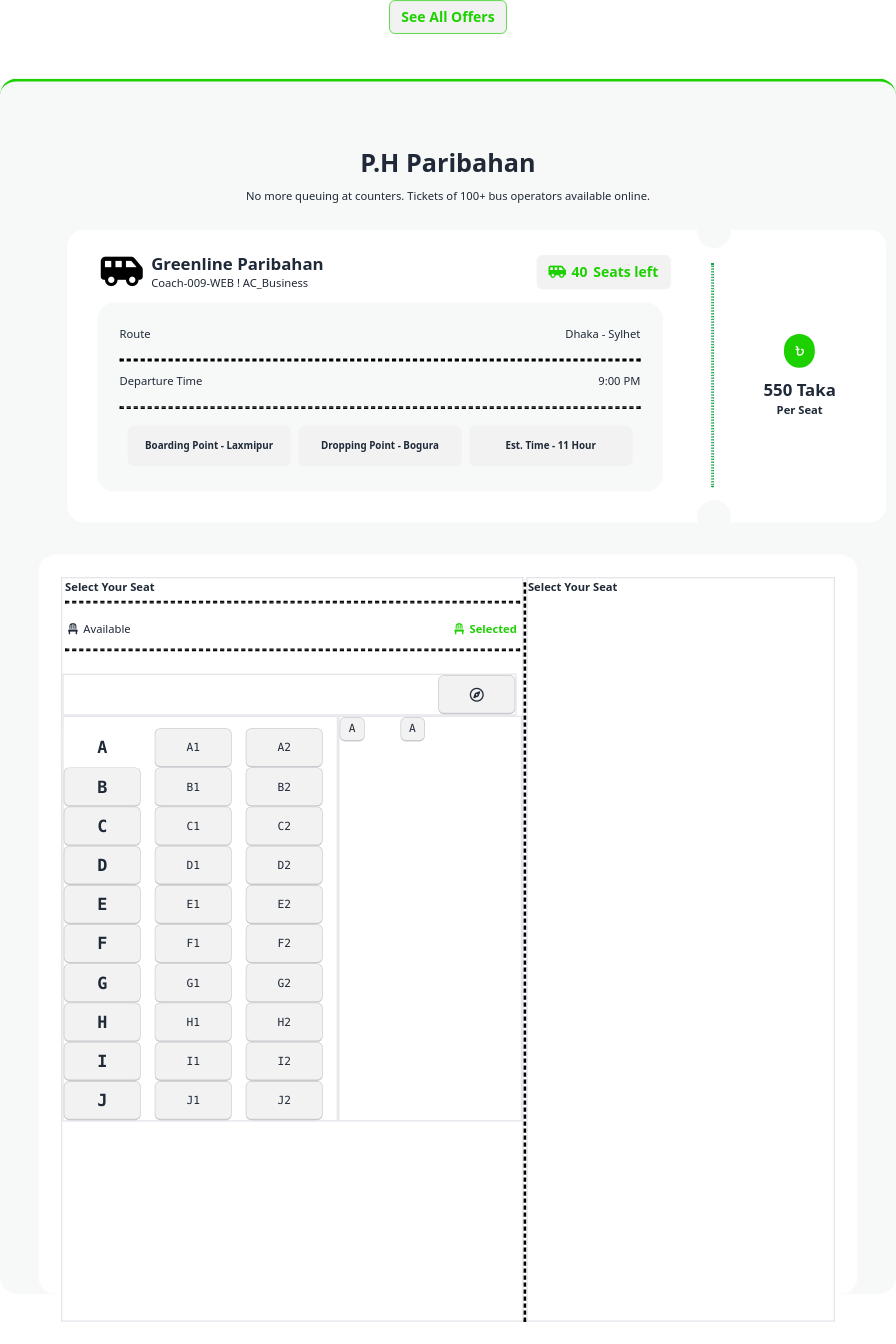
Repository: RudrasahaDibos/Smart-ticketing
Page: index.html
An editor plug-in stored every save of this project. The page is shown before and after the next save, followed by the edit.
The browser window is 1280 px wide. The pictures show the part of the page from y = 1206 to 3126 px (the page is 3126 px tall), at 70% of full size.
Some web fonts or font styles are not loaded; a fallback is used. Some web libraries are served in a nearby version.

Above is the page before, as saved 2024-11-10 13:35:10.

### index.html
<!DOCTYPE html>
<html lang="en">
  <head>
    <meta charset="UTF-8">
    <meta name="viewport" content="width=device-width, initial-scale=1.0">
    <title>Smart-ticketing</title>
    <!-- tailwind link -->
    <link href="https://cdn.jsdelivr.net/npm/daisyui@4.12.14/dist/full.min.css"
      rel="stylesheet" type="text/css" />
    <script src="https://cdn.tailwindcss.com"></script>
    <!-- font awesome link -->
    <link rel="stylesheet"
      href="https://cdnjs.cloudflare.com/ajax/libs/font-awesome/6.6.0/css/all.min.css"
      integrity="sha512-Kc323vGBEqzTmouAECnVceyQqyqdsSiqLQISBL29aUW4U/M7pSPA/gEUZQqv1cwx4OnYxTxve5UMg5GT6L4JJg=="
      crossorigin="anonymous" referrerpolicy="no-referrer" />

    <!-- google fonts  -->
    <link rel="preconnect" href="https://fonts.googleapis.com">
    <link rel="preconnect" href="https://fonts.gstatic.com" crossorigin>
    <link
      href="https://fonts.googleapis.com/css2?family=Anton+SC&family=Manrope:wght@200..800&family=Raleway:ital,wght@0,100..900;1,100..900&display=swap"
      rel="stylesheet">

    <style>
.raleway{
  font-family: "Raleway", sans-serif;
}
</style>

  </head>
  <body>
    <!-- header ends here -->
    <header class="container mx-auto lg:pl-24 lg:pr-24 lg:pt-4 w-[1400px]">
      <div>
        <!-- navbar starts here -->
        <div class="navbar bg-base-100">
          <div class="navbar-start">
            <div class="dropdown">
              <div tabindex="0" role="button" class="btn btn-ghost lg:hidden">
                <svg
                  xmlns="http://www.w3.org/2000/svg"
                  class="h-5 w-5"
                  fill="none"
                  viewBox="0 0 24 24"
                  stroke="currentColor">
                  <path
                    stroke-linecap="round"
                    stroke-linejoin="round"
                    stroke-width="2"
                    d="M4 6h16M4 12h8m-8 6h16" />
                </svg>
              </div>
              <ul
                tabindex="0"
                class="menu menu-sm dropdown-content bg-base-100 rounded-box z-[1] mt-3 w-52 p-2 shadow">
                <li><a>Home</a></li>
                <li><a>About</a></li>
                <li><a>Destination</a></li>
                <li><a>Search</a></li>
              </ul>
            </div>
            <a class="btn btn-ghost text-2xl font-extrabold">E-Ticket</a>
          </div>
          <div class="navbar-center hidden lg:flex">
            <ul class="menu menu-horizontal px-1">
              <li><a>Home</a></li>
              <li><a>About</a></li>
              <li><a>Destination</a></li>
              <li><a>Search</a></li>
            </ul>
          </div>
          <div class="navbar-end">
            <a class="btn text-[#1DD100]  border-1  text-xl">Bus <i
                class="fa-solid fa-van-shuttle"></i></a>
          </div>
        </div>
      </div>

      <!-- banner start here -->

      <div
        class="hero h-[550px] mt-8 bg-[url('/images/banner.png')] rounded-3xl relative">

        <div class="hero-content text-neutral-content text-center">
          <div class>
            <h1 class="mb-5 text-5xl font-extrabold">End-to-End Travel with <br>
              <span class="text-5xl text-[#1DD100]  font-extrabold">P
                Paribahan</span></h1>
            <p class="mb-5">
              A one-stop solution for your travel needs

              Introducing you to the Shohoz way of life
            </p>
            <button class="btn bg-[#1DD100] border-none">Buy Tickets</button>
          </div>
        </div>
      </div>

      <!-- banner end here -->

      <!-- 3 card start here  -->

      <div
        class=" flex justify-between items-center gap-4 pl-16 pr-16 absolute -bottom-4   ">
        <div
          class="stat flex bg-white justify-center items-center shadow-xl  border-b-4 border-b-[#1DD100]  rounded-2xl w-[338px] h-[138px]">
          <div class="text-[#1DD100] text-2xl font-extrabold ">
            <i class="fa-solid fa-users"></i>
          </div>

          <div>
            <div class="stat-value">500K+</div>
            <div class="stat-desc text-xl ">Registered users</div>
          </div>

        </div>

        <div
          class="stat flex bg-white justify-center items-center  border-b-4 border-b-[#1DD100] shadow-xl  rounded-2xl w-[338px] h-[138px]">
          <div class="text-[#1DD100] text-2xl font-extrabold ">
            <i class="fa-solid fa-ticket  "></i>

          </div>

          <div>
            <div class="stat-value">1.7 lacks</div>
            <div class="stat-desc text-xl ">Tickets sold</div>
          </div>

        </div>

        <div
          class="stat flex bg-white justify-center items-center  border-b-4 border-b-[#1DD100] shadow-xl  rounded-2xl w-[338px] h-[138px]">
          <div class="text-[#1DD100] text-2xl font-extrabold ">
            <i class="fa-solid fa-van-shuttle"></i>

          </div>

          <div>
            <div class="stat-value">80K+</div>
            <div class="stat-desc text-xl ">Rental partners</div>
          </div>

        </div>
      </div>

      <!-- 3 card ends here -->

      <!-- navbar Ends here -->
    </header>
    <!-- header ends here -->

    <!-- main start here -->
    <main class>
      <!-- Best offers for you start here -->
      <section
        class="mt-40 container mx-auto  lg:pl-24 lg:pr-24 lg:pt-4 w-[1400px]">
        <h1 class="text-4xl font-semibold text-center">Best offers for you</h1>
        <!-- two card start here -->
        <div class="flex  flex-col lg:flex-row gap-4 mt-10">
          <div class="bg-yellow-500  w-[573px] h-[220px]  rounded-2xl">

            <div>

              <div class=" w-[50%] mt-14 ml-14">
                <h1 class="text-4xl font-extrabold">15% OFF</h1>
                <p class="text-xl font-bold">on your next purchase</p>
                <p class="text-xl font-bold">use by January 2024</p>
              </div>

              <div class=" w-1/4 -mt-20 ml-auto mr-14  text-center">
                <h1 class="text-4xl font-extrabold">NEW15</h1>
                <p class="text-xl font-bold">Coupon Code</p>

              </div>
            </div>
            <p
              class="bg-white w-[48px] h-[48px] absolute mx-auto rounded-full ml-80 -mt-40  "></p>
            <p
              class="bg-white w-[48px] h-[48px] absolute mx-auto rounded-full ml-80 mt-[55px]  "></p>
            <p
              class="border-2 border-dotted border-white relative w-0 h-32 -mt-[95px] ml-[343px]  "></p>

          </div>
          <div class="bg-pink-400   w-[573px] h-[220px] rounded-2xl">
            <div>

              <div class=" w-[50%] mt-14 ml-14">
                <h1 class="text-4xl font-extrabold">20% OFF</h1>
                <p class="text-xl font-bold">on your next purchase</p>
                <p class="text-xl font-bold">use by January 2024</p>
              </div>

              <div class="  w-2/4 -mt-20 ml-[300px] mr-14  text-center">
                <h1 class="text-4xl font-extrabold">Couple 20</h1>
                <p class="text-xl font-bold">Coupon Code</p>

              </div>
            </div>
            <p
              class="bg-white w-[48px] h-[48px] absolute mx-auto rounded-full ml-80 -mt-40  "></p>
            <p
              class="bg-white w-[48px] h-[48px] absolute mx-auto rounded-full ml-80 mt-[55px]  "></p>
            <p
              class="border-2 border-dotted border-white relative w-0 h-32 -mt-[95px] ml-[343px]  "></p>
          </div>
        </div>
        <div class=" text-center mt-16">
          <a class="btn text-[#1DD100]  border-1 border-[#1DD100] text-xl">See
            All Offers
          </a>
        </div>
        <!-- two card end here -->
      </section>

      <!-- Best offers for you ends here -->
      <!-- tickeing process start here -->
      <section
        class="bg-[#F7F8F8] w-full min-h-screen rounded-3xl mt-16 border-t-4 border-t-[#1DD100]">

        <div class="container mx-auto  lg:pl-24 lg:pr-24 lg:pt-4 w-[1400px]">
          <h1 class="text-4xl font-semibold text-center mt-20">P.H Paribahan
          </h1>
          <p class=" text-center w-[736px] h-[60px] mx-auto mt-4">No more
            queuing at counters. Tickets of 100+ bus operators available online.
          </p>
          <!-- Greenline Paribahan  start here-->

          <div
            class="bg-[#FFFFFF] w-[1170px] h-[418px] rounded-3xl  container mx-auto p-8 flex justify-between ">
            <div class=" w-3/4">
              <!-- Coach-009-WEB ! AC_Business start here -->
              <div class="flex justify-between ">

                <div class="flex justify-center items-center gap-3 ml-4 ">
                  <div class="text-5xl text-black  ">
                    <i class="fa-solid fa-van-shuttle "></i>
                  </div>
                  <div>
                    <h1 class="text-2xl font-bold">Greenline Paribahan</h1>
                    <p>Coach-009-WEB ! AC_Business</p>
                  </div>
                </div>

                <div class="flex felx-col justify-end mt-1">
                  <a class="btn text-[#1DD100]  border-1  text-xl"> <i
                      class="fa-solid fa-van-shuttle"></i> <span>40</span> Seats
                    left </a>
                </div>
              </div>
              <!-- Coach-009-WEB ! AC_Business end here -->

              <!-- Dhaka - Sylhet starts here -->
              <div
                class="bg-[#F7F8F8] w-[808px] h-[270px] mt-4 mx-auto rounded-3xl">

                <div class>
                  <div class="flex justify-between p-4 ">
                    <h1 class="ml-4 mt-4">Route</h1>
                    <h1 class="mr-4 mt-4">Dhaka - Sylhet</h1>
                  </div>

                  <div
                    class="border-dashed border-black border-2 mt-2  w-[744px] mx-auto h-0"></div>

                  <div class="flex justify-between p-4 ">
                    <h1 class="ml-4">Departure Time</h1>
                    <h1 class="mr-4">9:00 PM</h1>
                  </div>
                  <div
                    class="border-dashed border-black border-2 mt-2  w-[744px] mx-auto h-0"></div>

                  <div class="mt-2 p-4 flex justify-center items-center gap-3">
                    <button class="btn   w-[232px] h-[56px]">Boarding Point -
                      Laxmipur</button>
                    <button class="btn  w-[232px] h-[56px]">Dropping Point -
                      Bogura</button>
                    <button class="btn  w-[232px] h-[56px]">Est. Time - 11
                      Hour</button>
                  </div>
                </div>
              </div>
              <!-- Dhaka - Sylhet end here -->

            </div>

            <div
              class=" text-center flex flex-col justify-center items-center mr-10">
              <i
                class="fa-solid fa-bangladeshi-taka-sign bg-[#1DD100] rounded-full  p-4 text-white "></i>
              <h1 class="text-2xl font-semibold mt-4"><span>550</span> Taka</h1>
              <p class="font-bold">Per Seat</p>
            </div>

          </div>
          <p
            class="bg-[#F7F8F8] w-[48px] h-[48px] absolute mx-auto rounded-full ml-[900px] -mt-[440px]  "></p>
          <p
            class="bg-[#F7F8F8] w-[48px] h-[48px] absolute mx-auto rounded-full ml-[900px] -mt-8  "></p>
          <p
            class="border-2 border-dotted border-green-600 relative w-0 h-80 -mt-[370px] ml-[920px]  "></p>

          <!-- Greenline Paribahan  ends here-->
        </div>

        <!-- Select Your Seat star here  -->
        <div
          class="bg-[#FFFFFF] w-[1170px] h-[1056px] rounded-3xl mt-24 container mx-auto  ">

          <div class="flex justify-between p-8">
            <div class="w-3/5 border-2">
              <p class="font-semibold ml-1">Select Your Seat</p>
              <div
                class="border-dashed border-black border-2 mt-2  w-[650px] mx-auto h-0"></div>
              <!-- seat available start here -->
              <div class="flex justify-between mt-4">

                <div class="flex gap-2 justify-center items-center p-2 ">
                  <i class="fa-solid fa-chair"></i>
                  <p>Available</p>
                </div>
                <div
                  class="flex gap-2 justify-center items-center p-2 text-[#1DD100] ">
                  <i class="fa-solid fa-chair font-bold"></i>
                  <p class="font-bold">Selected</p>
                </div>

              </div>
              <!-- seat available ends here -->
              <div
                class="border-dashed border-black border-2 mt-2  w-[650px] mx-auto h-0"></div>
                <!-- seat planing start here -->
               <div class="mt-8">
                    <div class="text-end border-2 mr-2">
                      <kbd class="kbd  h-[56px] w-[110px] text-center mx-auto "><i class="fa-regular fa-compass text-xl"></i></kbd>
                    </div>
                    <!-- seat  start here-->
                     <div class="flex  justify-between">
                          <!-- seat is with door start -->
                          <div class="grid grid-cols-3 border-2 w-3/5">
                                  <div class="mx-auto mt-4">
                                    <kbd class="kbd  w-[110px] h-[56px] bg-[#ffffff] border-none font-bold text-2xl">A</kbd>
                                    <kbd class="kbd  w-[110px] h-[56px]  font-bold text-2xl">B</kbd>
                                    <kbd class="kbd  w-[110px] h-[56px]  font-bold text-2xl">C</kbd>
                                    <kbd class="kbd  w-[110px] h-[56px]  font-bold text-2xl">D</kbd>
                                    <kbd class="kbd  w-[110px] h-[56px]  font-bold text-2xl">E</kbd>
                                    <kbd class="kbd  w-[110px] h-[56px]  font-bold text-2xl">F</kbd>
                                    <kbd class="kbd  w-[110px] h-[56px]  font-bold text-2xl">G</kbd>
                                    <kbd class="kbd  w-[110px] h-[56px]  font-bold text-2xl">H</kbd>
                                    <kbd class="kbd  w-[110px] h-[56px]  font-bold text-2xl">I</kbd>
                                    <kbd class="kbd  w-[110px] h-[56px]  font-bold text-2xl">J</kbd>
                                  </div>

                                  <div class="mt-4">
                                    <kbd class="kbd w-[110px] h-[56px] ">A1</kbd>
                                    <kbd class="kbd w-[110px] h-[56px] ">B1</kbd>
                                    <kbd class="kbd w-[110px] h-[56px] ">C1</kbd>
                                    <kbd class="kbd w-[110px] h-[56px] ">D1</kbd>
                                    <kbd class="kbd w-[110px] h-[56px] ">E1</kbd>
                                    <kbd class="kbd w-[110px] h-[56px] ">F1</kbd>
                                    <kbd class="kbd w-[110px] h-[56px] ">G1</kbd>
                                    <kbd class="kbd w-[110px] h-[56px] ">H1</kbd>
                                    <kbd class="kbd w-[110px] h-[56px] ">I1</kbd>
                                    <kbd class="kbd w-[110px] h-[56px] ">J1</kbd>
                                  </div>

                                  <div class="mt-4">
                                    <kbd class="kbd w-[110px] h-[56px] ">A2</kbd>
                                    <kbd class="kbd w-[110px] h-[56px] ">B2</kbd>
                                    <kbd class="kbd w-[110px] h-[56px] ">C2</kbd>
                                    <kbd class="kbd w-[110px] h-[56px] ">D2</kbd>
                                    <kbd class="kbd w-[110px] h-[56px] ">E2</kbd>
                                    <kbd class="kbd w-[110px] h-[56px] ">F2</kbd>
                                    <kbd class="kbd w-[110px] h-[56px] ">G2</kbd>
                                    <kbd class="kbd w-[110px] h-[56px] ">H2</kbd>
                                    <kbd class="kbd w-[110px] h-[56px] ">I2</kbd>
                                    <kbd class="kbd w-[110px] h-[56px] ">J2</kbd>
                                  </div>
                          </div>
                         <!-- seat is with door end -->

                          <!-- seat is driver start -->
                            <div class="grid grid-cols-3  border-2 w-2/5">
                                    <div>
                                      <kbd class="kbd">A</kbd>
                                    </div>
                                    <div>
                                      <kbd class="kbd">A</kbd>
                                    </div>
                            </div>
                            <!-- seat is driver end -->
                     </div>

                     <!-- seat end here -->
               </div>

               <!-- seat planing end here -->



            </div>









            <div
              class="border-dashed border-black border-2 mt-2  w-[0px] mx-auto h-[1056px]"></div>

            <div class="border-2  w-2/5 ">
              <p class="font-semibold">Select Your Seat</p>
            </div>
          </div>

        </div>

        <!-- Select Your Seat end here  -->

      </section>
      <!-- tickeing process ends here -->

    </main>
    <!-- main ends here -->

    <!-- js add -->
    <script src="index.js"></script>
  </body>
</html>

Loaded but not shown: index.js (common file)

After the next save:
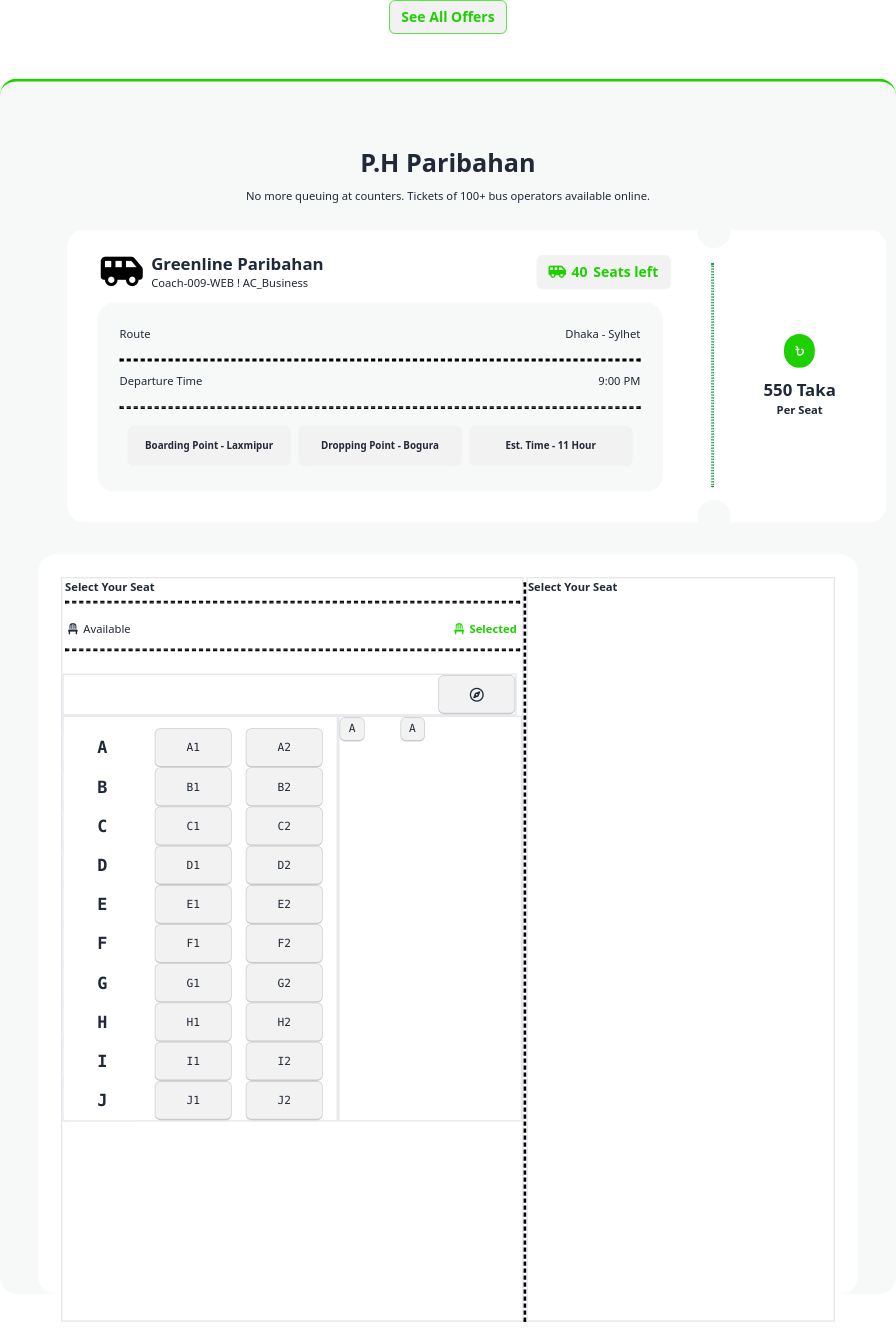
Saved 12 s later.
--- a/index.html
+++ b/index.html
@@ -340,15 +340,15 @@
                           <div class="grid grid-cols-3 border-2 w-3/5">
                                   <div class="mx-auto mt-4">
                                     <kbd class="kbd  w-[110px] h-[56px] bg-[#ffffff] border-none font-bold text-2xl">A</kbd>
-                                    <kbd class="kbd  w-[110px] h-[56px]  font-bold text-2xl">B</kbd>
-                                    <kbd class="kbd  w-[110px] h-[56px]  font-bold text-2xl">C</kbd>
-                                    <kbd class="kbd  w-[110px] h-[56px]  font-bold text-2xl">D</kbd>
-                                    <kbd class="kbd  w-[110px] h-[56px]  font-bold text-2xl">E</kbd>
-                                    <kbd class="kbd  w-[110px] h-[56px]  font-bold text-2xl">F</kbd>
-                                    <kbd class="kbd  w-[110px] h-[56px]  font-bold text-2xl">G</kbd>
-                                    <kbd class="kbd  w-[110px] h-[56px]  font-bold text-2xl">H</kbd>
-                                    <kbd class="kbd  w-[110px] h-[56px]  font-bold text-2xl">I</kbd>
-                                    <kbd class="kbd  w-[110px] h-[56px]  font-bold text-2xl">J</kbd>
+                                    <kbd class="kbd  w-[110px] h-[56px]  bg-[#ffffff] border-none font-bold text-2xl">B</kbd>
+                                    <kbd class="kbd  w-[110px] h-[56px]  bg-[#ffffff] border-none font-bold text-2xl">C</kbd>
+                                    <kbd class="kbd  w-[110px] h-[56px]  bg-[#ffffff] border-none font-bold text-2xl">D</kbd>
+                                    <kbd class="kbd  w-[110px] h-[56px]  bg-[#ffffff] border-none font-bold text-2xl">E</kbd>
+                                    <kbd class="kbd  w-[110px] h-[56px]  bg-[#ffffff] border-none font-bold text-2xl">F</kbd>
+                                    <kbd class="kbd  w-[110px] h-[56px]  bg-[#ffffff] border-none font-bold text-2xl">G</kbd>
+                                    <kbd class="kbd  w-[110px] h-[56px]  bg-[#ffffff] border-none font-bold text-2xl">H</kbd>
+                                    <kbd class="kbd  w-[110px] h-[56px]  bg-[#ffffff] border-none font-bold text-2xl">I</kbd>
+                                    <kbd class="kbd  w-[110px] h-[56px]  bg-[#ffffff] border-none font-bold text-2xl">J</kbd>
                                   </div>
 
                                   <div class="mt-4">
